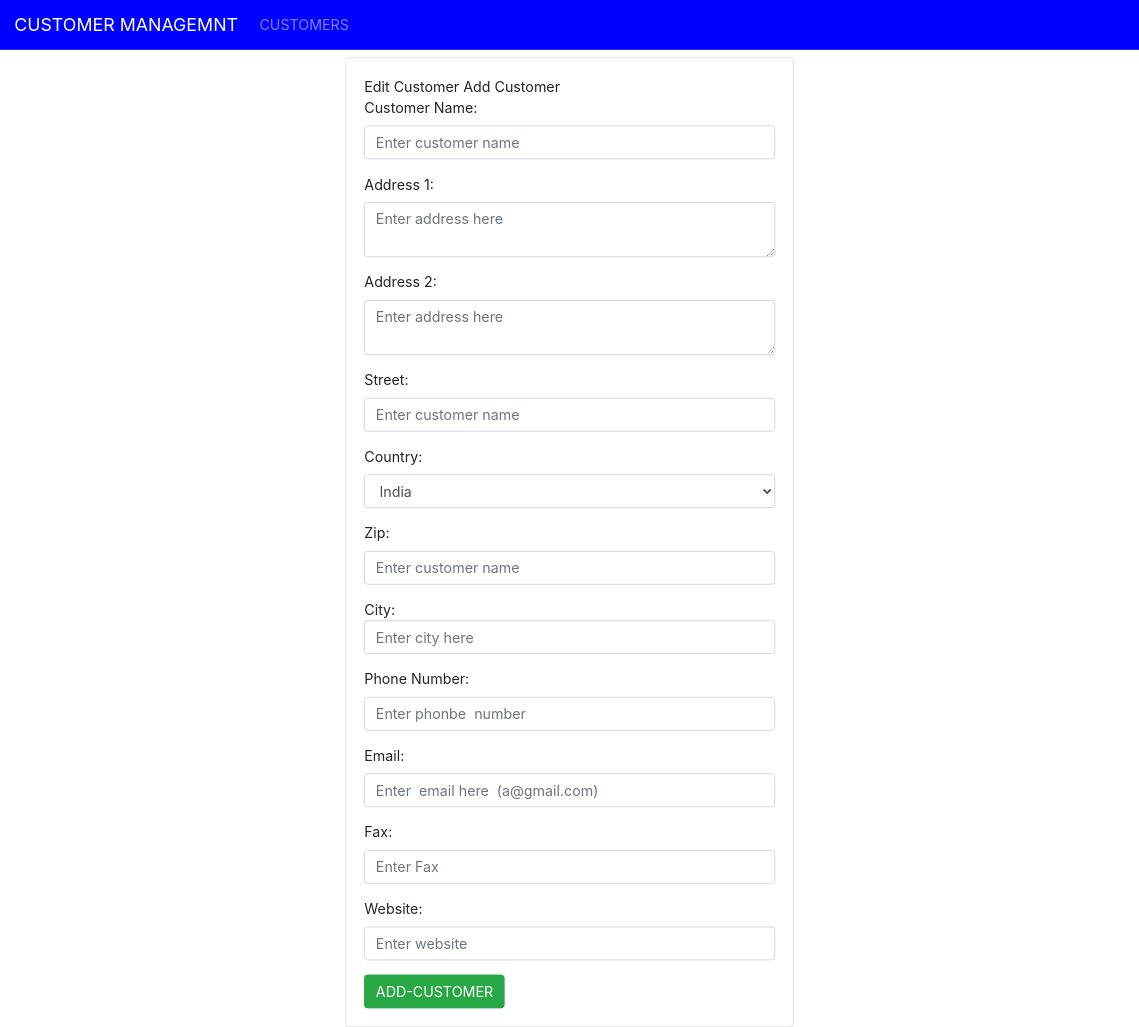
Repository: shruti-2522/webdirekt-assignment
Page: http://localhost/Customer-Project/customer-form.jsp
These files come from the project's save history. The page is drawn as it stood at one moment and after the next save; the edit follows.
The browser window is 1280 px wide. The pictures show the whole page, at 89% of full size.
The page is served by Tomcat 9.

Above is the page before, as saved 2021-07-05 10:46:21.

After the next save:
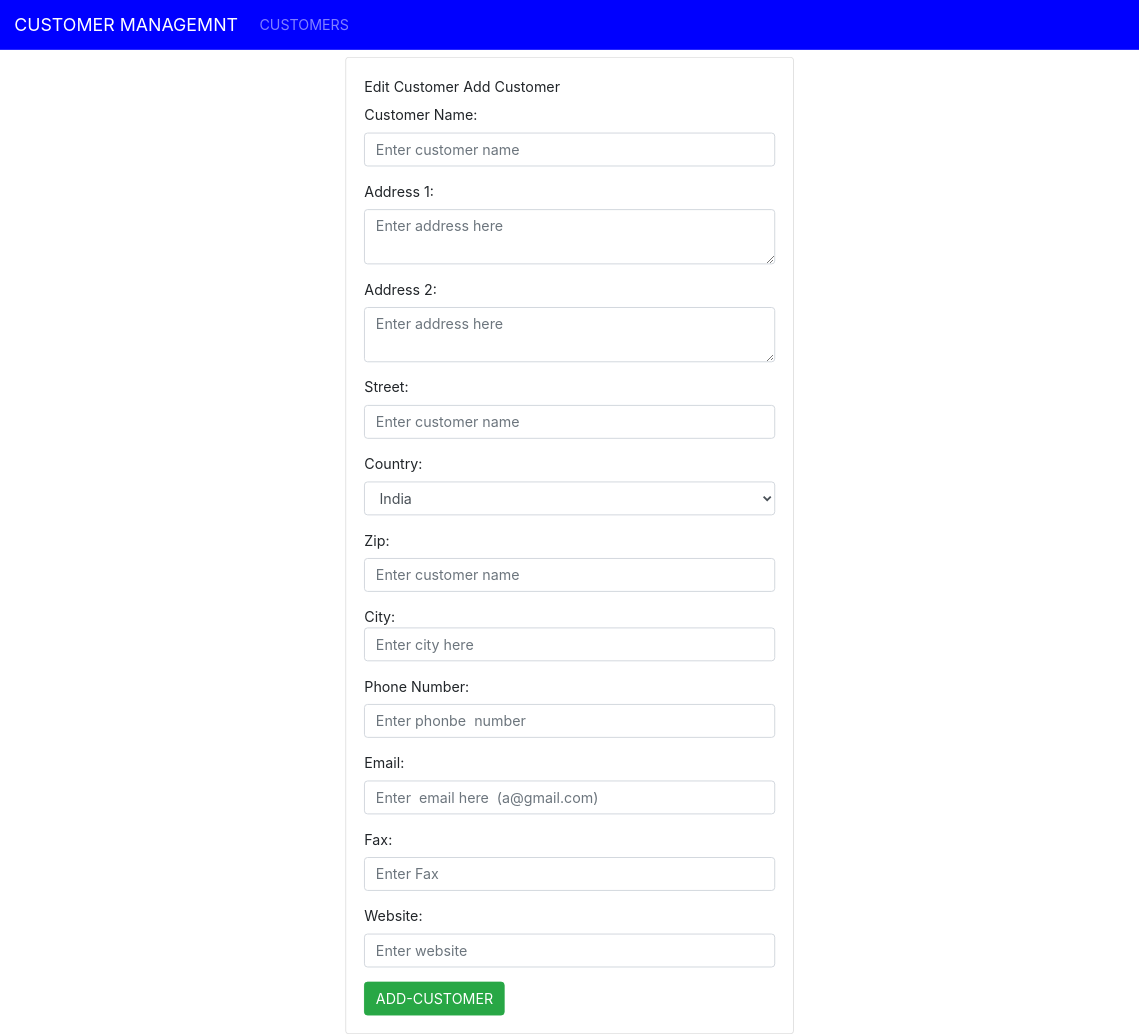
Saved 6 s later.
--- a/Customer-Project/src/main/webapp/customer-form.jsp
+++ b/Customer-Project/src/main/webapp/customer-form.jsp
@@ -44,7 +44,11 @@
 	Add Customer
   </c:if>
 
-				<caption></caption>
+				<caption>
+				<h2>
+
+				</h2>
+				</caption>
 
 
 				<fieldset class="form-group">
